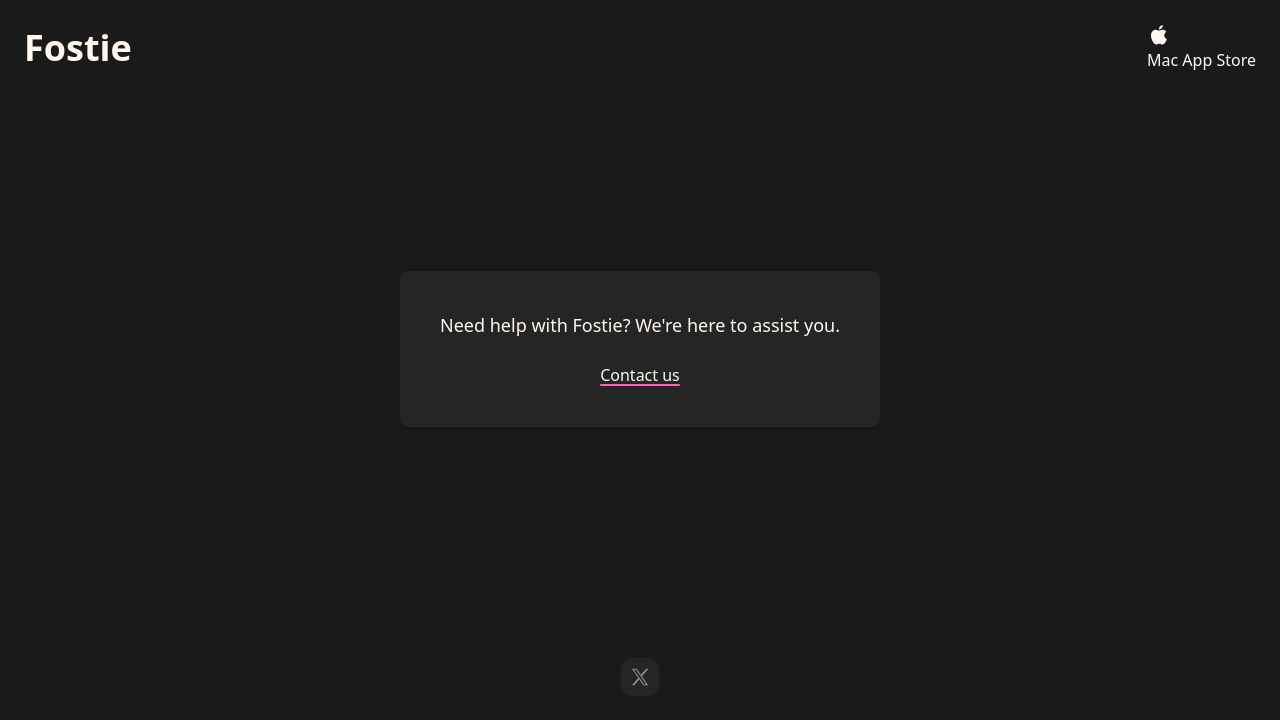
Repository: atimael/fostie-web
Page: /
These files come from the project's save history. The page is drawn as it stood at one moment and after the next save; the edit follows.
The browser window is 1280 px wide. The pictures show the whole page.
The project was rebuilt for these pictures with package versions that can differ from the ones it lists, and the page was loaded fresh each time. The framework's server and built-in components were replaced by stand-ins that run in the browser. Also part of the build but not shown: next.config.js.

Above is the page before, as saved 2025-05-27 20:40:15.

### app/layout.tsx
import type { Metadata } from "next";
import type { ReactNode } from "react";
import "./globals.css";

export const metadata: Metadata = {
  title: "Fostie - macOS App",
  description: "Official website for Fostie macOS application",
  keywords: "Fostie, macOS, app, application",
  authors: [{ name: "Fostie Team" }],
};

export const viewport = {
  width: "device-width",
  initialScale: 1,
};

export default function RootLayout({ children }: { children: ReactNode }) {
  return (
    <html lang="en" className="dark">
      <body className="antialiased">{children}</body>
    </html>
  );
}

### app/page.tsx
import Footer from "@/components/footer";
import Header from "@/components/header";
import Main from "@/components/main";

export default function Home() {
  return (
    <main className="min-h-screen bg-custom-dark flex flex-col text-orange-50">
      <Header />

      <Main />

      <Footer />
    </main>
  );
}

### app/globals.css
@import "tailwindcss";

@custom-variant dark (&:where(.dark, .dark *));

@theme {
  /* Enable dark mode based on system preference */
  --default-color-scheme: light dark;

  /* Custom dark background color */
  --color-custom-dark: #1a1a1a;

  /* Custom font family */
  --font-family-sans: ui-sans-serif, system-ui, sans-serif, "Apple Color Emoji",
    "Segoe UI Emoji", "Segoe UI Symbol", "Noto Color Emoji";
}

### components/footer.tsx
export default function Footer() {
  const currentYear = new Date().getFullYear();

  return (
    <footer className="py-6 px-6 flex items-center justify-center">
      <div className="flex items-center justify-between">
        <a
          className="group inline-flex items-center outline-none transition duration-300 focus:ring-2 focus:ring-pink-300 bg-orange-50/5 hover:bg-orange-50/5 rounded-xl p-2 text-orange-50 hover:text-orange-50"
          href="https://twitter.com/henrikruscon"
          rel="noopener noreferrer"
          target="_blank"
          aria-label="X (Twitter)"
        >
          <svg
            className="size-[22px] origin-center fill-current transition duration-300 ease-out group-hover:scale-105 opacity-50 group-hover:opacity-100"
            xmlns="http://www.w3.org/2000/svg"
            viewBox="0 0 24 24"
            aria-hidden="true"
          >
            <path d="M21.2391 3H18.6854L12.9921 9.61784L14.1261 11.2682L21.2391 3Z"></path>
            <path d="M11.2104 14.6575L10.0764 13.0071L3.2002 21H5.75403L11.2104 14.6575Z"></path>
            <path d="M8.44486 3H3.2002L15.5685 21H20.8131L8.44486 3ZM5.31391 4.16971H7.70053L18.6861 19.8835H16.2995L5.31391 4.16971Z"></path>
          </svg>
        </a>
      </div>
    </footer>
  );
}

### components/header.tsx
export default function Header() {
  return (
    <header className="justify-between flex items-center  py-6 px-6">
      <div>
        {/* <Image src="/logo.png" alt="Fostie" width={100} height={100} /> */}
        <h1 className="text-4xl font-bold text-center">Fostie</h1>
      </div>

      <div className="flex items-center gap-4">
        <div>
          <div>
            <svg
              className="h-6 w-6 fill-current"
              xmlns="http://www.w3.org/2000/svg"
              viewBox="0 0 24 24"
              aria-hidden="true"
            >
              <path d="M19.37 7.648c-.114.088-2.11 1.213-2.11 3.715 0 2.894 2.54 3.918 2.616 3.944-.011.062-.403 1.402-1.34 2.767-.834 1.201-1.706 2.4-3.032 2.4s-1.667-.77-3.198-.77c-1.492 0-2.022.796-3.235.796-1.214 0-2.06-1.112-3.033-2.477C4.911 16.42 4 13.93 4 11.566c0-3.791 2.465-5.802 4.891-5.802 1.29 0 2.364.847 3.173.847.77 0 1.972-.897 3.438-.897.556 0 2.553.05 3.867 1.934Zm-4.564-3.54c.607-.719 1.036-1.718 1.036-2.716 0-.138-.012-.279-.037-.392-.987.037-2.161.657-2.87 1.478-.555.632-1.074 1.63-1.074 2.643 0 .152.026.304.037.353.063.011.164.025.266.025.885 0 1.998-.593 2.642-1.39Z"></path>
            </svg>
          </div>
          <span>Mac App Store</span>
        </div>
      </div>
    </header>
  );
}

### components/main.tsx
export default function Main() {
  return (
    <div className="flex-1 flex items-center justify-center px-6 py-12">
      <div className="max-w-2xl mx-auto text-center">
        <div className=" bg-orange-50/5 rounded-lg shadow-md p-10 mb-8">
          <p className="text-lg mb-6">
            Need help with Fostie? We're here to assist you.
          </p>

          <div className="space-y-4">
            <a
              href="mailto:hello@fostie.com"
              className="relative whitespace-nowrap
                font-medium outline-none
                transition duration-200 after:pointer-events-none
                after:absolute after:bottom-0 after:left-0 after:right-0 after:h-0.5 after:rounded-[0.125rem]
                 after:bg-pink-400 after:transition after:duration-200 after:content-[''] hover:text-pink-400 hover:after:translate-y-px"
            >
              Contact us
            </a>
          </div>
        </div>
      </div>
    </div>
  );
}

After the next save:
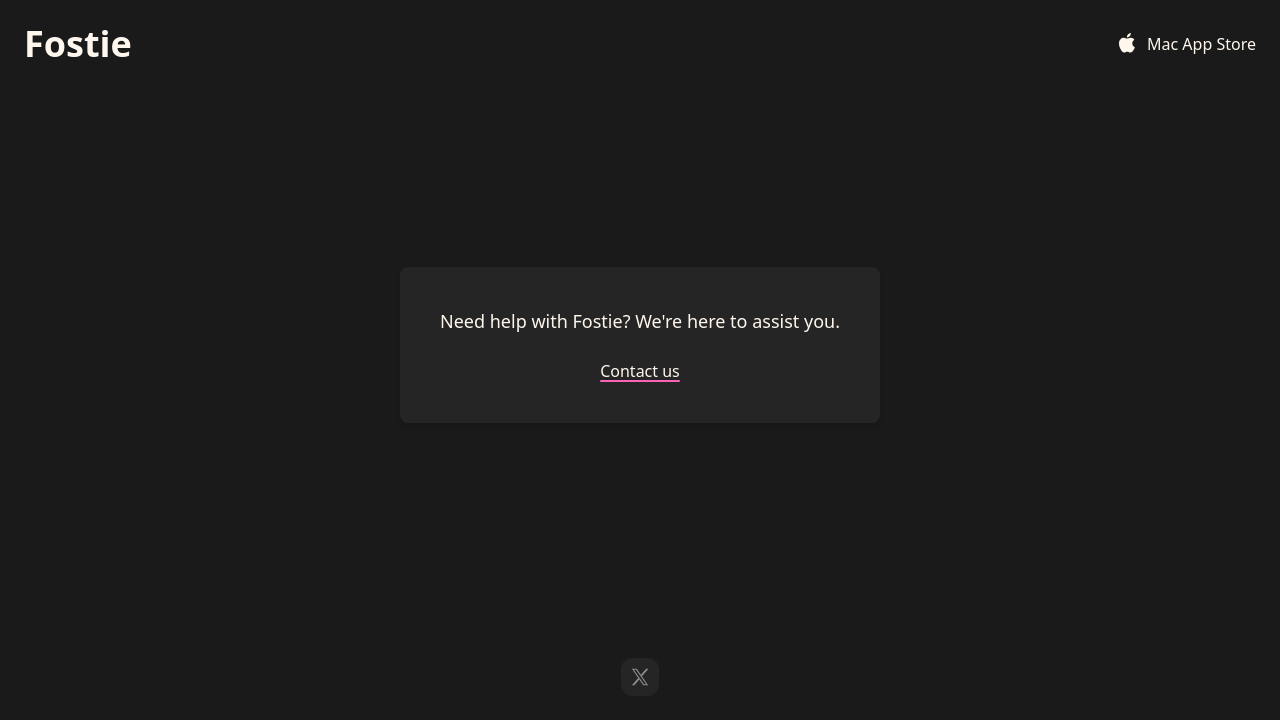
Saved 15 s later.
--- a/components/header.tsx
+++ b/components/header.tsx
@@ -7,7 +7,7 @@
       </div>
 
       <div className="flex items-center gap-4">
-        <div>
+        <div className="flex items-center gap-2">
           <div>
             <svg
               className="h-6 w-6 fill-current"
